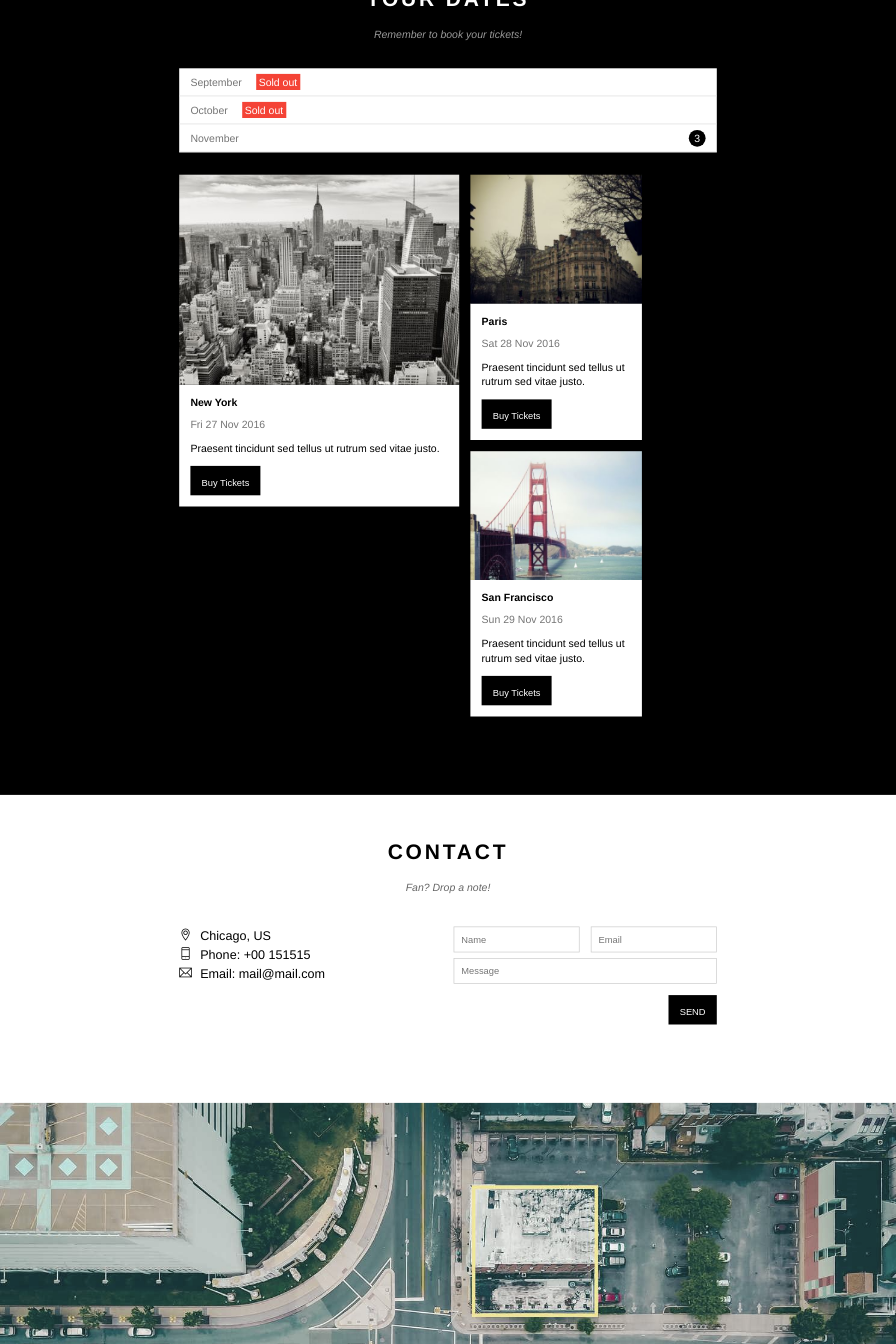
Repository: phongngotrong/w3school_reup
Page: index.html
The author's editor kept a copy of each file at every save. The page is drawn from the files as they stood at one save, then again after the next save.
The browser window is 1280 px wide. The pictures show the part of the page from y = 1421 to 3341 px (the page is 3905 px tall before and 3510 px after), at 70% of full size.

Above is the page before, as saved 2022-02-13 16:30:30.

### index.html
<!DOCTYPE html>
<html lang="en">
  <head>
    <meta charset="UTF-8" />
    <meta http-equiv="X-UA-Compatible" content="IE=edge" />
    <meta name="viewport" content="width=device-width, initial-scale=1.0" />
    <title>W3.CSS Template</title>
    <link rel="icon" href="https://play-lh.googleusercontent.com/i-ij7KM2pFUUpFE31QAUDXg5mzGFNbm16S4tjmg2ZyuhCGLgNJ8oXJRbq7ysh6LoZg" type="image/x-icon" />
    <link rel="stylesheet" href="./assets/css/style.css" />
    <link rel="stylesheet" href="./assets/css/responsive.css" />
    <link rel="stylesheet" href="./assets/fonts/themify-icons/themify-icons.css">
  </head>
  <body>
    <div id="main">
      <div id="header">
        <!--Begin: Nav-->
        <ul id="nav">
          <li><a href="#">Home</a></li>
          <li><a href="#band">Band</a></li>
          <li><a href="#tour">Tour</a></li>
          <li><a href="#contact">Contact</a></li>
          <li>
            <a href="#">
              More
              <i class="nav-arrow-down ti-angle-down"></i>
            </a>
            <ul class="subnav">
              <ul>
                <li><a href="#">Merchandise</a></li>
                <li><a href="#">Extras</a></li>
                <li><a href="#">Media</a></li>
              </ul>
            </ul>
          </li>
        </ul>
        <!--End: Nav-->

        <!--Begin: Search-->
        <div class="search-btn">
          <i class="search-icon ti-search"></i>
        </div>

        <div id="mobile-menu" class="mobile-menu-btn">
          <i class="menu-icon ti-menu"></i>
        </div>
        <!--End: Search-->
      </div>

      <div id="slider">
        <div class="text-content">
          <h2 class="text-heading">Chicago</h2>
          <div class="text-description">
            Thank you, Chicago - A night we won't forget.
          </div>
        </div>
      </div>

      <div id="content">
        <!--content section-->
        <div id="band" class="content-section">
          <h2 class="section-heading">THE BAND</h2>
          <p class="section-sub-heading">We love music</p>
          <p class="about-text">
            We have created a fictional band website. Lorem ipsum dolor sit
            amet, consectetur adipiscing elit, sed do eiusmod tempor incididunt
            ut labore et dolore magna aliqua. Ut enim ad minim veniam, quis
            nostrud exercitation ullamco laboris nisi ut aliquip ex ea commodo
            consequat. Duis aute irure dolor in reprehenderit in voluptate velit
            esse cillum dolore eu fugiat nulla pariatur. Excepteur sint occaecat
            cupidatat non proident, sunt in culpa qui officia deserunt mollit
            anim id est laborum consectetur adipiscing elit, sed do eiusmod
            tempor incididunt ut labore et dolore magna aliqua. Ut enim ad minim
            veniam, quis nostrud exercitation ullamco laboris nisi ut aliquip ex
            ea commodo consequat.
          </p>
          <div class="row list-member">
            <!--member1-->
            <div class="item-member col col-third text-center">
              <p class="member-name">Name</p>
              <img
                src="./assets/img/member.jpg"
                alt="Name"
                class="avt-member"
              />
            </div>

            <!--member2-->
            <div class="item-member col col-third text-center">
              <div class="member-name">Name</div>
              <img
                src="./assets/img/member.jpg"
                alt="Name"
                class="avt-member"
              />
            </div>
            <!--member3-->

            <div class="item-member col col-third text-center">
              <div class="member-name">Name</div>
              <img
                src="./assets/img/member.jpg"
                alt="Name"
                class="avt-member"
              />
            </div>
            <!-- <div class="clear"></div> -->
          </div>
        </div>
        <!--tour section-->
        <div id="tour" class="tour-section">
          <div class="content-section">
            <h2 class="section-heading text-white">TOUR DATES</h2>
            <p class="section-sub-heading text-white">
              Remember to book your tickets!
            </p>
            <!-- tickets -->
            <ul class="tickets-list">
              <li>September <span class="sold-out">Sold out</span></li>
              <li>October <span class="sold-out">Sold out</span></li>
              <li>November <span class="quantity">3</span></li>
            </ul>
            <div class="row places-list">
              <!-- place1 -->
              <div class="col col- mt-16">
                <img
                  src="./assets/img/newyork.jpg"
                  alt="New York"
                  class="place-img"
                />
                <div class="places-body">
                  <h3 class="places-heading">New York</h3>
                  <p class="places-time">Fri 27 Nov 2016</p>
                  <p class="place-description">
                    Praesent tincidunt sed tellus ut rutrum sed vitae justo.
                  </p>
                  <button class="btn js-buy-ticket">Buy Tickets</button>
                </div>
              </div>
              <!-- place2 -->

              <div class="col col-third mt-16">
                <img
                  src="./assets/img/paris.jpg"
                  alt="New York"
                  class="place-img"
                />
                <div class="places-body">
                  <h3 class="places-heading">Paris</h3>
                  <p class="places-time">Sat 28 Nov 2016</p>
                  <p class="place-description">
                    Praesent tincidunt sed tellus ut rutrum sed vitae justo.
                  </p>
                  <button class="btn js-buy-ticket">Buy Tickets</button>
                </div>
              </div>
              <!-- place3 -->

              <div class="col col-third mt-16">
                <img
                  src="./assets/img/sanfran.jpg"
                  alt="New York"
                  class="place-img"
                />
                <div class="places-body">
                  <h3 class="places-heading">San Francisco</h3>
                  <p class="places-time">Sun 29 Nov 2016</p>
                  <p class="place-description">
                    Praesent tincidunt sed tellus ut rutrum sed vitae justo.
                  </p>
                  <button class="btn js-buy-ticket">Buy Tickets</button>
                </div>
              </div>
              <!-- <div class="clear"></div> -->
            </div>
          </div>
        </div>

        <!-- Begin: contact section-->
        <div id="contact" class="content-section">
          <h2 class="section-heading">CONTACT</h2>
          <p class="section-sub-heading">Fan? Drop a note!</p>

          <div class="row contact-content">
            <div class="col col-half contact-info">
              <p><i class="ti-location-pin"></i>Chicago, US</p>
              <p><i class="ti-mobile"></i>Phone: +00 151515</p>
              <p><i class="ti-email"></i>Email: mail@mail.com</p>
            </div>
            <div class="col col-half contact-form">
              <form action="">
                <div class="row">
                  <div class="col col-half">
                      <input type="text" name="" required placeholder="Name" id="" class="form-control">
                  </div>
                  <div class="col col-half">
                    <input type="email" name="" required placeholder="Email" id="" class="form-control">
                </div>
                </div>
                <div class="row mt-8">
                  <div class="col col-full">
                    <input type="text" name="" required placeholder="Message" id="" class="form-control">
                </div>
                </div>
                <input class="btn pull-right mt-16" type="submit" value="SEND">
              </form>
            </div>
          </div>
        </div>
        <!-- End: contact section-->
        <div class="map-section">
          <img src="./assets/img/map.jpg" alt="Map">
        </div>
      </div>

      <div id="footer">
        <div class="social-list">
          <a href=""><i class="ti-facebook"></i></a>
          <a href=""><i class="ti-instagram"></i></a>
          <a href=""><i class="ti-github"></i></a>
          <a href=""><i class="ti-pinterest"></i></a>
          <a href=""><i class="ti-twitter-alt"></i></a>
          <a href=""><i class="ti-linkedin"></i></a>
        </div>
        <div class="Copyright">Powered by <a href="">w3.css</a></div>
      </div>
    </div>

    <div class="modal js-modal">
      <div class="modal-container js-modal-container">
        <div class="modal-close js-modal-close">
          <i class="ti-close"></i>
        </div>
        <header class="modal-header">
          <i class="icon-ti-bag-header ti-bag"></i>
          Tickets
        </header>

        <div class="modal-body">
          <label for="tickets-quantity" class="modal-label">
            <i class="ti-shopping-cart"></i>
            Tickets, $15 per person
          </label>
          <input
            id="tickets-quantity"
            type="text"
            class="modal-input"
            placeholder="How many?"
          />

          <label for="tickets-email" class="modal-label">
            <i class="ti-user"></i>
            Send To
          </label>
          <input
            id="tickets-email"
            type="email"
            class="modal-input"
            placeholder="Enter email "
          />

          <button id="buy-tickets">
            PAY<i class="icon-ti-check-footer ti-check"></i>
          </button>
        </div>

        <footer class="modal-footer">
          <p class="modal-help">Need <a href="">help?</a></p>
        </footer>
      </div>
    </div>

    <script>
      const buyBtns = document.querySelectorAll('.js-buy-ticket')
      const modal = document.querySelector('.js-modal')
      const modalContainer = document.querySelector('.js-modal-container')
      const modalClose = document.querySelector('.js-modal-close')

      // hàm hiển thị modal mua vé(thêm class open vào modal)
      function showBuyTickets() {
        modal.classList.add('open')
      }

      // hàm ẩn modal mua vé(gỡ bỏ class open của modal)
      function hideBuyTickets() {
        modal.classList.remove('open')
      }

      // lặp qua từng thẻ button và nghe hành vi click
      for(const buyBtn of buyBtns) {
        buyBtn.addEventListener('click', showBuyTickets)
      }

      // nghe hành vi click vào button close
      modalClose.addEventListener('click', hideBuyTickets)

      modal.addEventListener('click', hideBuyTickets)

      modalContainer.addEventListener('click', function(event){
        event.stopPropagation()
      })

    </script>

    <script>
      var header = document.getElementById('header');
      var mobileMenu = document.getElementById('mobile-menu');
      var headerHeight = header.clientHeight;

      // Đóng/mở mobile menu
      mobileMenu.onclick = function() {
        var isClosed = header.clientHeight === headerHeight;
        if(isClosed) {
          header.style.height = 'auto';
        } else {
          header.style.height = null;
        }
      }

      // Tự động đóng khi chọn menu
      var menuItems = document.querySelectorAll('#nav li a[href*="#"]');
      for(var i=0; i<menuItems.length; i++) {
        var menuItem = menuItems[i];

        console.log(menuItem);

        menuItem.onclick = function(event) {
          var isParentMenu = this.nextElementSibling && this.nextElementSibling.classList.contains('subnav');
          if(isParentMenu) {
            event.preventDefault();
          }else {
            header.style.height = null;
          }
        }
      }

    </script>
  </body>
</html>

### assets/css/style.css
/* Reset CSS */

* {
  padding: 0;
  margin: 0;
  box-sizing: border-box;
}

html {
  font-family: Helvetica, Arial, sans-serif;
  scroll-behavior: smooth;
}
/*
  -Từ trên xuống dưới
  -Từ ngoài vào trong
  -Tổng quan đến chi tiết
  */

/*
  1. Vi tri
  2. Kich thuoc
  3. Mau sac
  4. Kieu dang (kieu chu, hinh tron, vuong...)
  */

/* Common */
.text-center {
  text-align: center !important;
}

.row {
  margin-left: -8px;
  margin-right: -8px;
}

/* Tạo element giả */
.row::after {
  content: "";
  display: block;
  clear: both;
}
/*.................*/

.col {
  float: left;
  padding-left: 8px;
  padding-right: 8px;
}

.col-full {
  width: 100%;
}

.col-half {
  width: 50%;
}

.col-third {
  width: 33.33333%;
}

.pull-right {
  float: right;
}

.btn {
  background-color: #000;
  color: #fff;
  text-decoration: none;
  display: inline-block;
  padding: 11px 16px;
  margin-top: 15px;
  padding-top: 16px;
  cursor: pointer;
  border: none;
}

.btn:hover {
  background-color: #ccc;
  color: #000;
}

.mt-8 {
  margin-top: 8px !important;
}

.mt-16 {
  margin-top: 16px !important;
}

.clear {
  clear: both;
}

/* .row::after {
    clear: both;
    display: block;
    content: "";
  } */

.text-white {
  color: #fff !important;
}

/* Main */
#main {
}

#header {
  position: fixed;
  top: 0;
  left: 0;
  right: 0;
  height: 46px;
  background-color: #000;
  z-index: 1;
}

#nav {
  display: inline-block;
}

li {
  list-style-type: none;
}

#nav > li {
  display: inline-block;
}

#nav li {
  position: relative;
}

#nav > li > a {
  color: #fff;
  text-transform: uppercase;
}

#nav li a {
  text-decoration: none;
  line-height: 46px;
  padding: 0 24px;
  display: block;
}

#nav li:hover .subnav {
  display: block;
}

#nav > li:hover > a,
#nav .subnav li:hover a {
  color: #000;
  background-color: #ccc;
}

#nav .subnav {
  display: none;
  min-width: 160px;
  position: absolute;
  background-color: #fff;
  box-shadow: 0 0 10px rgba(0, 0, 0, 0.3);
}

#nav .subnav a {
  color: #000;
  padding: 0 12px;
  line-height: 38px;
}

#nav .nav-arrow-down {
  font-size: 12px;
}

#header .mobile-menu-btn {
  position: absolute;
  top: 0;
  right: 0;
  display: none;
}

#header .mobile-menu-btn,
#header .search-btn {
  float: right;
  padding: 0 20px;
}

#header .mobile-menu-btn .menu-icon {
  font-size: 16px;
}

#header .mobile-menu-btn:hover {
  background-color: #ccc;
}

#header .mobile-menu-btn:hover .menu-icon {
  color: #000;
}

#header .search-btn:hover {
  cursor: pointer;
  background-color: #f44336;
}

#header .menu-icon,
#header .search-icon {
  color: #fff;
  font-size: 20px;
  line-height: 46px;
}

#slider {
  position: relative;
  margin-top: 46px;
  padding-top: 50%;
  background: url("../img/slider.jpg") top center / cover no-repeat;
}

#slider .text-content {
  position: absolute;
  bottom: 47px;
  color: #fff;
  width: 100%;
  text-align: center;
}

#slider .text-heading {
  font-weight: 500;
  font-size: 24px;
}

#slider .text-description {
  font-size: 15px;
  margin-top: 25px;
}

#content {
}

#content .content-section {
  width: 800px;
  max-width: 100%;
  padding: 64px 0 112px;
  margin-right: auto;
  margin-left: auto;
  padding-left: 16px;
  padding-right: 16px;
}

#content .section-heading {
  text-align: center;
  font-size: 30px;
  letter-spacing: 4px;
}

#content .section-sub-heading {
  font-size: 15px;
  text-align: center;
  margin-top: 25px;
  font-style: italic;
  opacity: 0.6;
}

#content .about-text {
  font-size: 15px;
  margin-top: 15px;
  text-align: justify;
  line-height: 1.4;
}

#content .member-name {
  font-size: 16px;
}

#content .list-member {
  margin-top: 48px;
  /* margin-bottom: 48px;
    overflow: hidden;  */
}

/* #content .item-member {
    float: left;
    width: 33.33333%;
    text-align: center;
  } */

#content .avt-member {
  margin-top: 15px;
  width: 154px;
  border-radius: 4px;
}

/* tour section */
.tour-section {
  background-color: #000;
}
.tickets-list {
  background-color: #fff;
  margin-top: 40px;
  list-style: none;
}

.tickets-list li {
  color: #757575;
  font-size: 15px;
  padding: 11px 16px;
  border-bottom: 1px solid #ddd;
}

.tickets-list .sold-out {
  background-color: #f44336;
  color: #fff;
  padding: 3px 4px;
  margin-left: 16px;
}

.tickets-list .quantity {
  float: right;
  width: 24px;
  height: 24px;
  background-color: #000;
  color: #fff;
  border-radius: 50%;
  line-height: 24px;
  text-align: center;
  margin-top: -3px;
}

/* Places */
.places-list {
  margin-top: 16px;
}

/* .places-item {
    float: left;
    width: 33.33333%;
    padding: 0 8px;
  } */

.place-img {
  width: 100%;
  display: block;
}

.place-img:hover {
  opacity: 0.6;
}

.places-body {
  padding: 16px;
  font-size: 15px;
  background-color: #fff;
}

.places-heading {
  font-size: 15px;
}

.places-time {
  padding-top: 15px;
  color: #757575;
}

.place-description {
  padding-top: 15px;
  line-height: 1.4;
}

.modal {
  position: fixed;
  top: 0;
  bottom: 0;
  right: 0;
  left: 0;
  background-color: rgba(0, 0, 0, 0.4);
  display: none;
  align-items: center;
  justify-content: center;
}

.modal.open {
  display: flex;
}

.modal-container {
  background-color: #fff;
  width: 900px;
  min-height: 200px;
  position: relative;
  max-width: calc(100% -32px);
  animation: modalFadeIn ease 0.4s;
}

.modal-header {
  background-color: #009688;
  color: #fff;
  height: 130px;
  font-size: 30px;
  display: flex;
  align-items: center;
  justify-content: center;
  letter-spacing: 4px;
}

.modal-close:hover {
  background-color: #ccc;
  color: #000;
}

.modal-close {
  position: absolute;
  right: 0;
  top: 0;
  padding: 16px;
  font-size: 12px;
  color: #fff;
  cursor: pointer;
}

.icon-ti-bag-header {
  margin-right: 16px;
}

.modal-body {
  padding: 16px;
}

.modal-label {
  display: block;
  font-size: 15px;
  margin-bottom: 12px;
}

.modal-input {
  border: 1px solid #ccc;
  width: 100%;
  padding: 10px;
  font-size: 15px;
  margin-bottom: 24px;
}

#buy-tickets:hover {
  background-color: #ccc;
  color: #000;
}

#buy-tickets {
  background-color: #009688;
  width: 100%;
  padding: 18px;
  color: #fff;
  border: none;
  text-transform: uppercase;
  font-size: 15px;
  cursor: pointer;
}

.modal-footer {
  padding: 16px;
  text-align: right;
}

.modal-footer a {
  color: #2196f3;
}

/* Contact */
.contact-content {
  margin-top: 48px;
}

.contact-info {
  font-size: 18px;
  line-height: 1.5;
}

.contact-info i[class*="ti-"] {
  width: 30px;
  display: inline-block;
}

.contact-form {
  font-size: 15px;
}

.contact-form .form-control {
  padding: 10px;
  border: 1px solid #ccc;
  width: 100%;
}

/* .contact-form .form-submit-btn {
  background: #000;
  color: #fff;
  border: 1px solid #000;
  padding: 10px 16px;
  float: right;
} */

/* .form-submit-btn:hover {
  background: #ccc;
  color: #000;
  border: none;
  cursor: pointer;
} */

/* Map section */
.map-section img {
  width: 100%;
  filter: grayscale(50%);
}

/* footer section */

#footer {
  padding: 64px 16px;
  text-align: center;
}

#footer .social-list {
  font-size: 20px;
}

#footer .Copyright {
  font-size: 15px;
  margin-top: 15px;
  color: rgba(0, 0, 0, 0.6);
}

#footer .Copyright a {
  color: rgba(0, 0, 0, 0.6);
}

#footer .social-list a {
  color: rgba(0, 0, 0, 0.6);
  text-decoration: none;
}

#footer .social-list a:hover {
  color: rgba(0, 0, 0, 0.4);
}

/* Tạo hoạt ảnh  */
@keyframes modalFadeIn {
  from {
    opacity: 0;
    transform: translateY(-140px);
  }
  to {
    opacity: 1;
    transform: translateY(0);
  }
}

### assets/css/responsive.css
/* Tablet: width >= 740px and < 1024px */
@media only screen and (min-width: 46.25em) and (max-width: 63.9375em) {
}

/* PC: width >= 1024px */
@media only screen and (min-width: 64em) {
}

/* Mobile: width < 740px */
@media only screen and (max-width: 46.1875em) {
  #nav {
    display: block;
  }

  #nav > li {
    display: block;
  }

  #nav > li:first-child {
    display: inline-block;
  }

  #nav li a {
    padding: 1px 24px;
  }

  #nav .subnav {
    position: initial;
    background-color: #333;
  }

  #nav .subnav a {
    color: #fff;
    padding: 5px 41px;
  }

  #header {
    overflow: hidden;
  }

  #header .search-btn {
    display: none;
  }

  #header .mobile-menu-btn {
    display: block;
  }

  #content .item-member {
    width: 100%;
    margin-top: 30px;
  }

  #content .avt-member {
    width: 60%;
  }
}

Loaded but not shown: assets/fonts/themify-icons/themify-icons.css (common file)

After the next save:
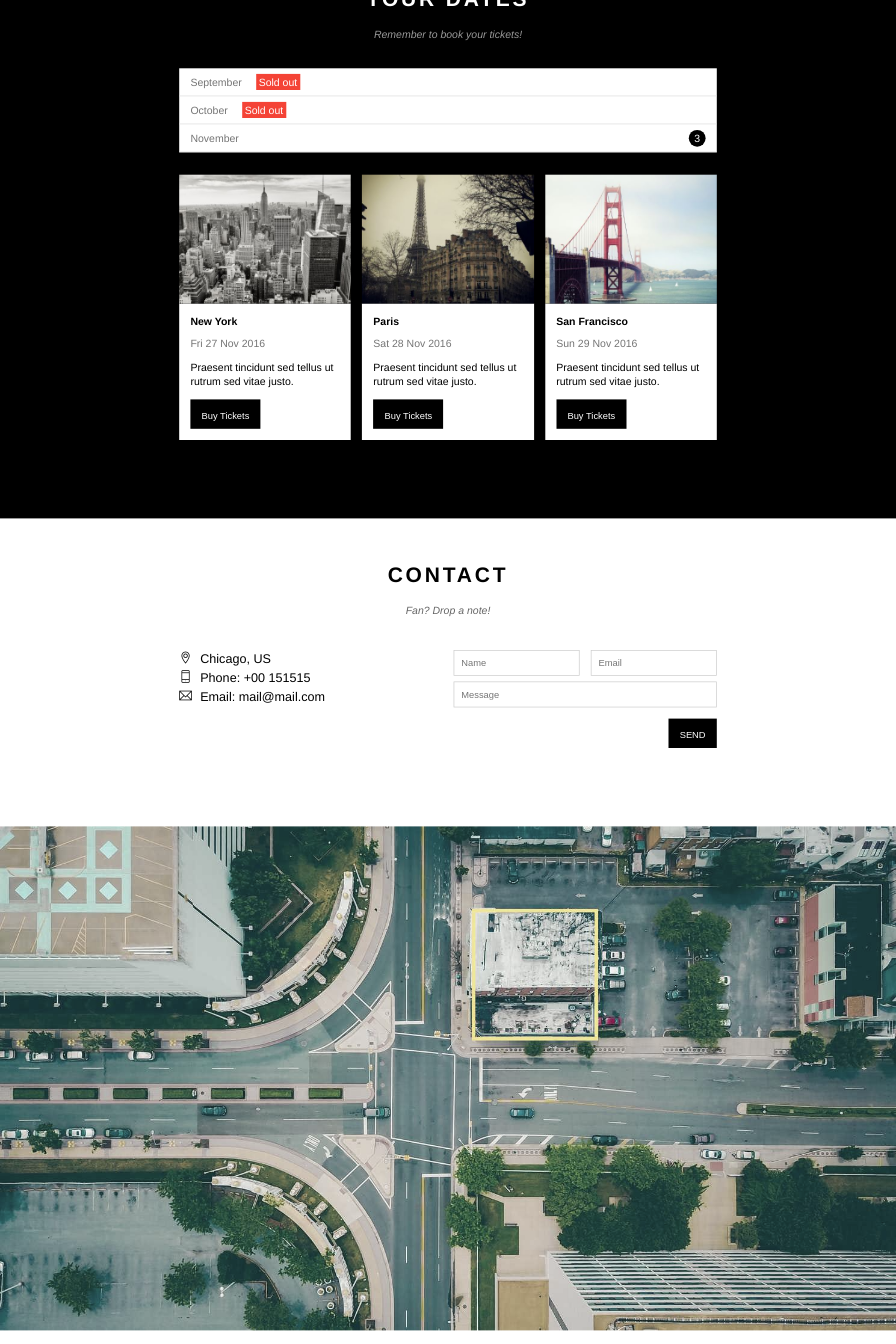
Saved 21 s later.
--- a/index.html
+++ b/index.html
@@ -121,7 +121,7 @@
             </ul>
             <div class="row places-list">
               <!-- place1 -->
-              <div class="col col- mt-16">
+              <div class="col col-third mt-16">
                 <img
                   src="./assets/img/newyork.jpg"
                   alt="New York"
